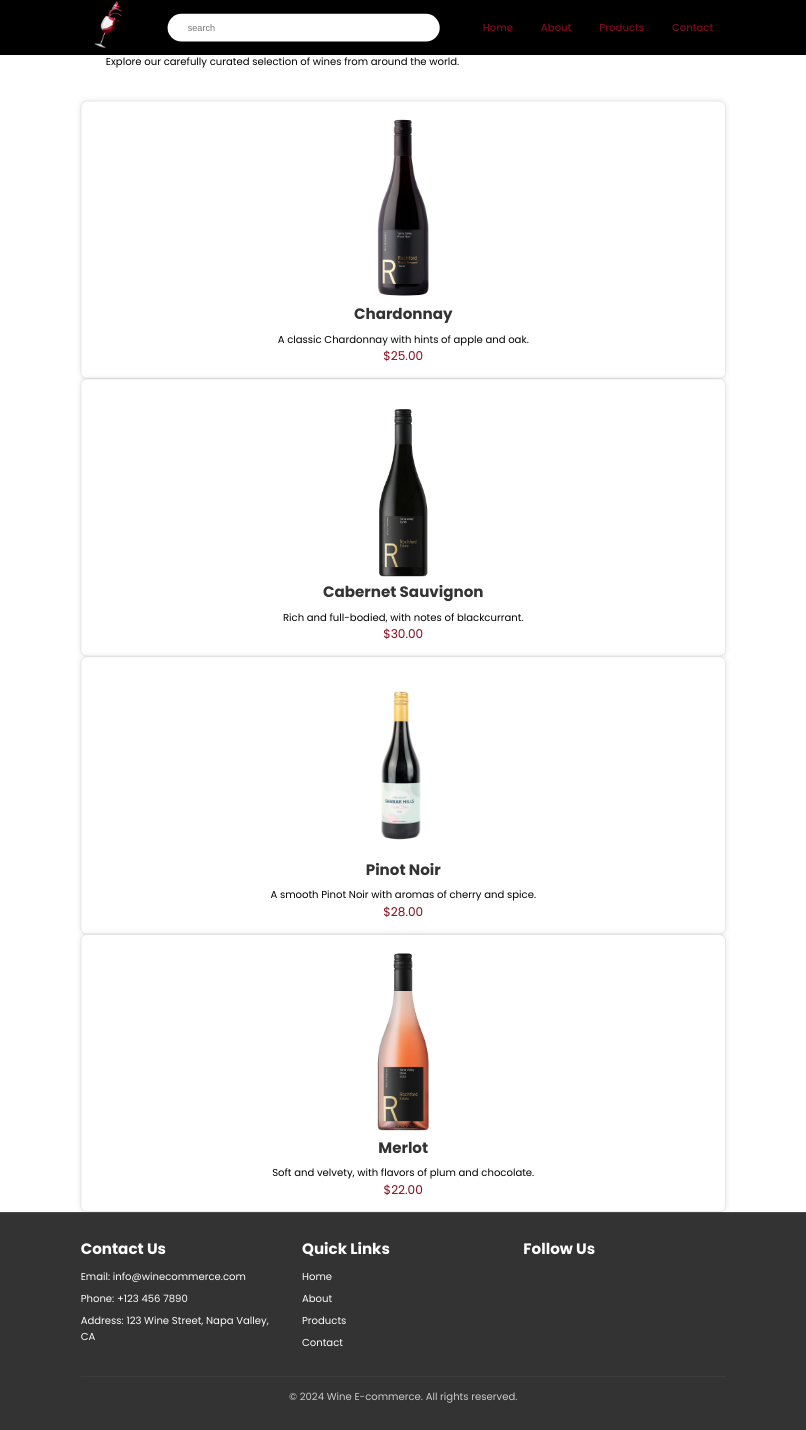
Repository: vncntxl/assesment3
Page: products.html
These files come from the project's save history. The page is drawn as it stood at one moment and after a run of saves; the edit follows.
The browser window is 1280 px wide. The pictures show the whole page, at 63% of full size.

Above is the page before, as saved 2024-08-22 13:27:05.

### products.html
<!DOCTYPE html>
<html lang="en">

<head>
    <meta charset="UTF-8">
    <meta name="viewport" content="width=device-width, initial-scale=1.0">
    <title>Products - Wine E-commerce</title>
    <link rel="stylesheet" href="styles.css">
</head>

<body>
    <!-- START OF NAVBAR -->
    <nav class="nav">
        <div class="container">
            <a href="index.html">
                <img class="logo" src="images/logo.png" alt="Logo">
            </a>
            <div class="search-bar">
                <i class="uil uil-search"></i>
                <input type="search" placeholder="search">
            </div>
            <ul>
                <li><a href="index.html">Home</a></li>
                <li><a href="about.html">About</a></li>
                <li><a href="products.html" class="active">Products</a></li>
                <li><a href="#">Contact</a></li>
            </ul>
        </div>
    </nav>
    <!-- END OF NAVBAR -->

    <!-- START OF PRODUCTS SECTION -->
    <section class="products-hero">
        <div class="container">
            <h1>Our Wines</h1>
            <p>Explore our carefully curated selection of wines from around the world.</p>
        </div>
    </section>

    <section class="product-grid container">
        <div class="product-card">
            <img src="images/wine1.jpg" alt="Chardonnay">
            <h3>Chardonnay</h3>
            <p class="description">A classic Chardonnay with hints of apple and oak.</p>
            <p class="price">$25.00</p>
        </div>

        <div class="product-card">
            <img src="images/wine2.png" alt="Cabernet Sauvignon">
            <h3>Cabernet Sauvignon</h3>
            <p class="description">Rich and full-bodied, with notes of blackcurrant.</p>
            <p class="price">$30.00</p>
        </div>

        <div class="product-card">
            <img src="images/wine3.webp" alt="Pinot Noir">
            <h3>Pinot Noir</h3>
            <p class="description">A smooth Pinot Noir with aromas of cherry and spice.</p>
            <p class="price">$28.00</p>
        </div>

        <div class="product-card">
            <img src="images/wine4.jpg" alt="Merlot">
            <h3>Merlot</h3>
            <p class="description">Soft and velvety, with flavors of plum and chocolate.</p>
            <p class="price">$22.00</p>
        </div>

        <!-- Add more product cards as needed -->
    </section>
    <!-- END OF PRODUCTS SECTION -->

    <!-- START OF FOOTER -->
    <footer class="footer">
        <div class="container">
            <div class="footer-columns">
                <div class="footer-column">
                    <h3>Contact Us</h3>
                    <ul>
                        <li>Email: info@winecommerce.com</li>
                        <li>Phone: +123 456 7890</li>
                        <li>Address: 123 Wine Street, Napa Valley, CA</li>
                    </ul>
                </div>
                <div class="footer-column">
                    <h3>Quick Links</h3>
                    <ul>
                        <li><a href="index.html">Home</a></li>
                        <li><a href="about.html">About</a></li>
                        <li><a href="products.html">Products</a></li>
                        <li><a href="#">Contact</a></li>
                    </ul>
                </div>
                <div class="footer-column">
                    <h3>Follow Us</h3>
                    <ul class="social-links">
                        <li><a href="#"><i class="uil uil-facebook-f"></i></a></li>
                        <li><a href="#"><i class="uil uil-twitter"></i></a></li>
                        <li><a href="#"><i class="uil uil-instagram"></i></a></li>
                        <li><a href="#"><i class="uil uil-linkedin-alt"></i></a></li>
                    </ul>
                </div>
            </div>
            <p class="footer-note">&copy; 2024 Wine E-commerce. All rights reserved.</p>
        </div>
    </footer>
    <!-- END OF FOOTER -->

</body>

</html>

### styles.css
/* font */
@import url('https://fonts.googleapis.com/css2?family=Poppins:ital,wght@0,100;0,200;0,300;0,400;0,500;0,600;0,700;0,800;0,900;1,100;1,200;1,300;1,400;1,500;1,600;1,700;1,800;1,900&display=swap');

* {
    padding: 0;
    margin: 0;
    box-sizing: border-box;
    outline: none;
    border: none;
}

body {
    font-family: 'Poppins', sans-serif;
}

.container {
    width: 80%;
    margin: 0 auto;
}

nav {
    width: 100%;
    background-color: black;
    padding: 0.7 rem 0;
    position: fixed;
    top: 0;
    z-index: 10;
}

.logo {
    max-width: 90px;
}

nav .container {
    display: flex;
    align-items: center;
    justify-content: space-between;
}

.search-bar {
    background-color: #fff;
    border-radius: 2rem;
    padding: 0.6rem 1rem;
    margin: 15px;
}

.search-bar input[type="search"] {
    background: transparent;
    width: 30vw;
    margin-left: 1rem;
    font-size: 0.9rem;
    color: #800A1D;

}

nav li {
    display: inline-block;
    padding: 0 20px;
}

nav li a {
    text-decoration: none;
    color: #800A1D;
    font-weight: 500;
}

.hero-section {
    margin-top: 85px;
}

.white-image {
    background-image: url(images/white.jpg);
}

.red-image {
    background-image: url(images/red.jpg);

}

.rose-image {
    background-image: url(images/rose.jpg);

}

.sparkling-image {
    background-image: url(images/white.jpg);

}

.carousel {
    background: #EEE;
    font-size: 80px;
    color: #fff;
    font-weight: 600;
    max-height: 500px;
    margin-bottom: 50px;
}
.carousel-cell {
    width: 100%;
    height: 500px;
    display: flex;
    align-items: center;
    justify-content: center;
    background-size: cover;
    background-position: center;
    background-repeat: no-repeat;
    transition: opacity 0.3s ease;
}

/* cell number */
.carousel-cell:before {
    display: block;
    text-align: center;
    line-height: 200px;
    font-size: 80px;
    color: white;
}


/* big buttons, no circle */
.flickity-prev-next-button {
    width: 50px;
    height: 50px;
    background: rgba(255, 255, 255, 0.5);
    position: absolute;
    top: 50%;
    transform: translateY(-50%);
    z-index: 1000;
}

/* arrow color */
.flickity-prev-next-button .arrow {
    fill: white;
}

.flickity-prev-next-button.no-svg {
    color: white;
}

.flickity-prev-next-button:hover {
    background: transparent;
}

/* hide disabled button */
.flickity-prev-next-button:disabled {
    display: none;
}
/* Start of main content section */
.main-content {
    margin: 0px px;
}

.featured-products {
    text-align: center;
    margin-bottom: 50px;
}

.featured-products h2 {
    font-size: 2.5rem;
    color: #800A1D;
}

.products {
    display: grid;
    grid-template-columns: repeat(auto-fit, minmax(250px, 1fr));
    gap: 20px;
    margin-top: 20px;
}

.product-card {
    background-color: #fff;
    border: 1px solid #ddd;
    border-radius: 10px;
    overflow: hidden;
    box-shadow: 0px 0px 10px rgba(0, 0, 0, 0.1);
    transition: transform 0.3s ease;
    text-align: center;
    padding: 20px;
}

.product-card img {
    width: 100%;
    height: 300px;
    object-fit: contain;
    display: block;
    margin: 0 auto;
}


.product-card h3 {
    font-size: 1.5rem;
    color: #333;
    margin-bottom: 10px;
}

.product-card .price {
    font-size: 1.2rem;
    color: #800A1D;
}

.product-card:hover {
    transform: translateY(-5px);
}

/* About Us Section */
.about-us {
    text-align: center;
    padding: 50px 50px;
    width: 100%;
}

.about-us h2 {
    font-size: 2.5rem;
    color: #800A1D;
    margin-bottom: 20px;
}

.about-us p {
    font-size: 1.1rem;
    color: #666;
    margin-bottom: 30px;
}

.about-us .btn {
    display: inline-block;
    background-color: #800A1D;
    color: #fff;
    padding: 10px 20px;
    border-radius: 20px;
    text-decoration: none;
    transition: background-color 0.3s ease;
}

.about-us .btn:hover {
    background-color: #a00;
}

/* Footer Styles */
.footer {
    background-color: #333;
    color: #fff;
    padding: 40px 0;
    text-align: left;
}

.footer-columns {
    display: grid;
    grid-template-columns: repeat(auto-fit, minmax(200px, 1fr));
    gap: 30px;
    margin-bottom: 30px;
}

.footer-column h3 {
    font-size: 1.5rem;
    margin-bottom: 15px;
}

.footer-column ul {
    list-style: none;
}

.footer-column ul li {
    margin-bottom: 10px;
}

.footer-column ul li a {
    color: #fff;
    text-decoration: none;
}

.footer-column ul li a:hover {
    text-decoration: underline;
}

.social-links {
    display: flex;
    gap: 10px;
}

.social-links li {
    list-style: none;
}

.social-links li a {
    color: #fff;
    font-size: 1.5rem;
    transition: color 0.3s ease;
}

.social-links li a:hover {
    color: #800A1D;
}

.footer-note {
    text-align: center;
    font-size: 1rem;
    color: #ccc;
    border-top: 1px solid #444;
    padding-top: 20px;
    margin-top: 20px;
}

.about-hero {
    background-image: url('images/about-background.jpg');
    background-size: cover;
    background-position: center;
    padding-bottom: 50px;
    text-align: center;
    color: #fff;
}

.about-hero h1 {
    font-size: 3rem;
    margin-bottom: 20px;
}

.about-hero p {
    font-size: 1.2rem;
    max-width: 700px;
    margin: 0 auto;
}

.about-content {
    display: flex;
    flex-wrap: wrap;
    margin-top: 50px;
}

.about-text {
    flex: 1;
    padding-right: 20px;
}

.about-image {
    flex: 1;
}

.about-image img {
    max-width: 100%;
    border-radius: 10px;
    box-shadow: 0px 0px 20px rgba(0, 0, 0, 0.1);
}

.team {
    text-align: center;
    margin-top: 80px;
}

.team h2 {
    font-size: 2.5rem;
    color: #800A1D;
    margin-bottom: 50px;
}

.team-grid {
    display: grid;
    grid-template-columns: repeat(auto-fit, minmax(200px, 1fr));
    gap: 30px;
}

.team-member {
    text-align: center;
}

.team-member img {
    width: 100%;
    height: auto;
    border-radius: 50%;
    margin-bottom: 15px;
}

.team-member h3 {
    font-size: 1.5rem;
    color: #333;
    margin-bottom: 5px;
}

.team-member p {
    font-size: 1rem;
    color: #777;
}

.products-hero{
    margin: 50px;
}

After the next 2 saves:
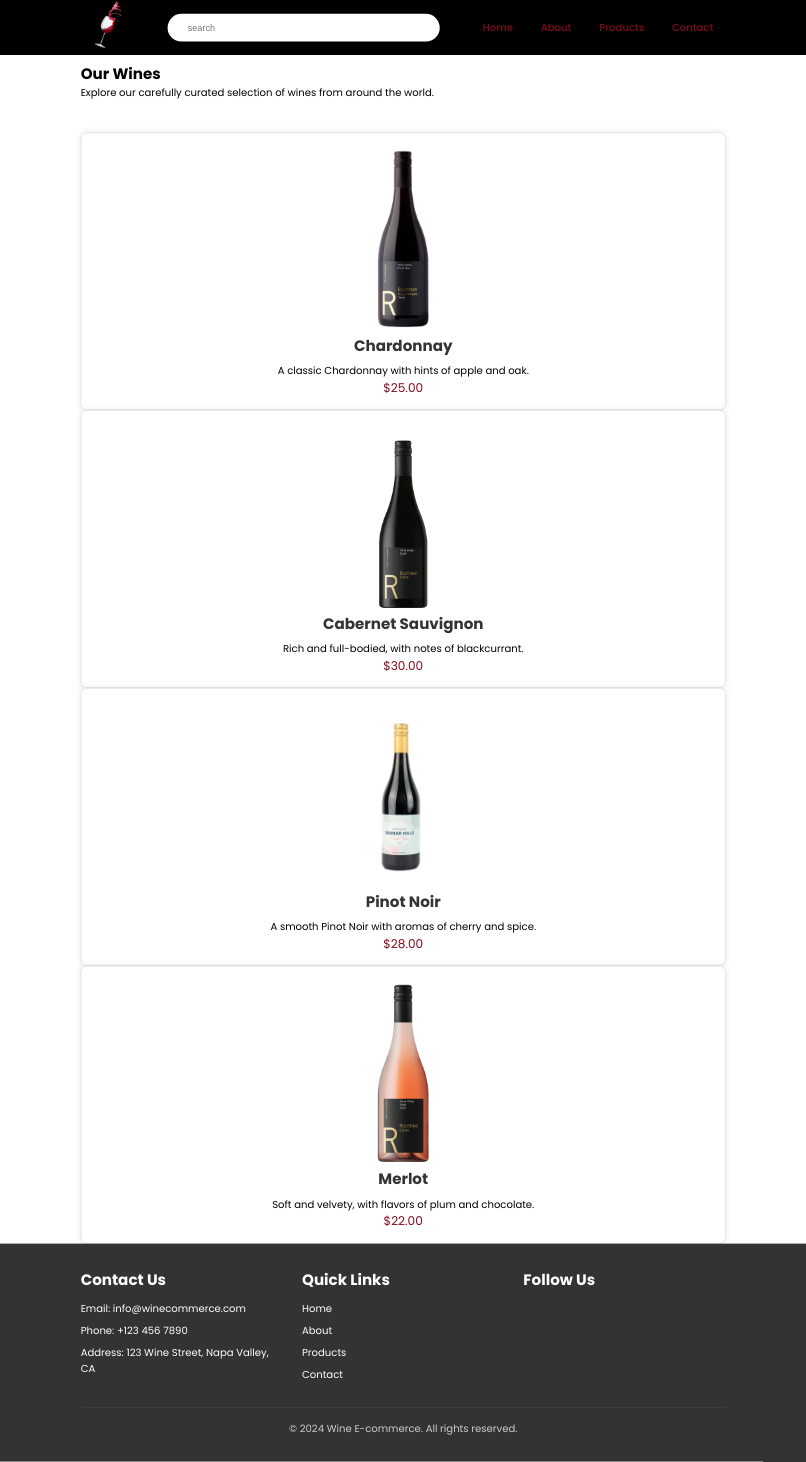
The 2 saves are shown as one change because they came seconds apart.
The last was saved 20 s later.
--- a/styles.css
+++ b/styles.css
@@ -381,5 +381,6 @@ nav li a {
 }
 
 .products-hero{
-    margin: 50px;
-}
+    margin-top: 100px;
+    margin-bottom: 50px;
+}
